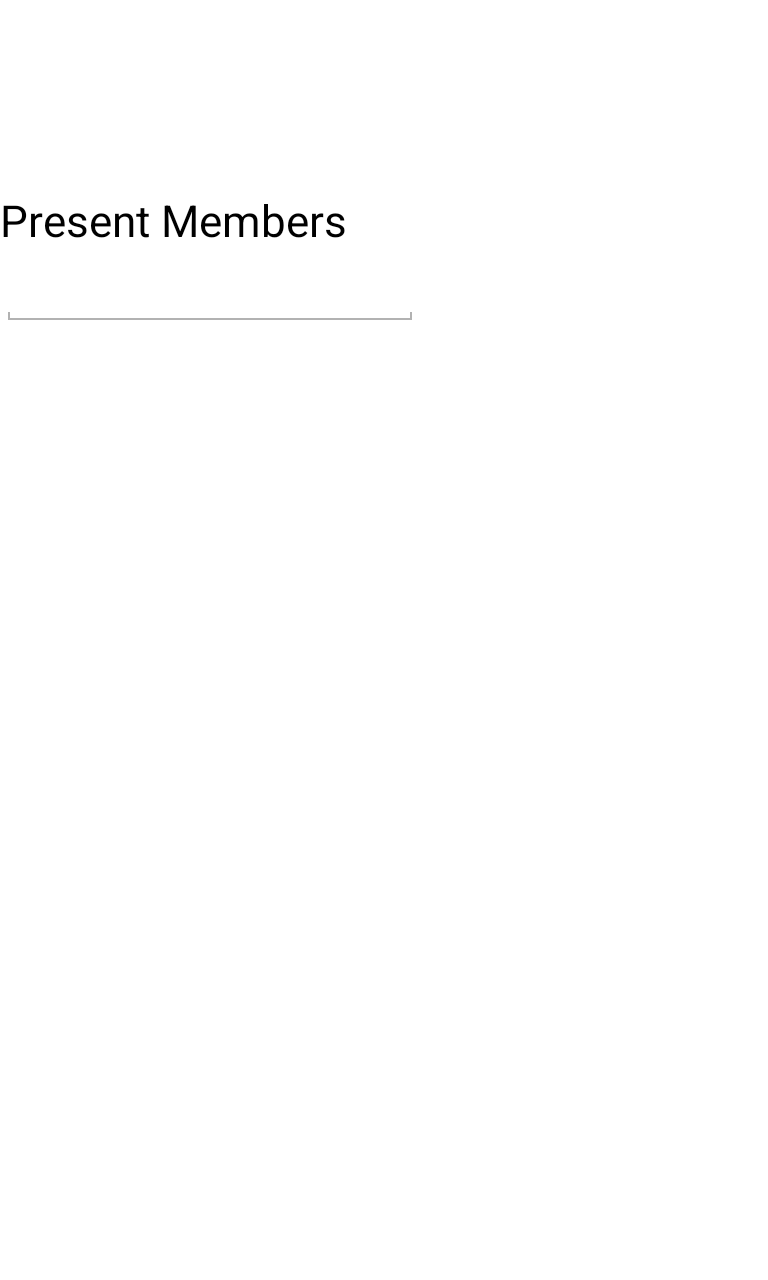
Repository: MarcoRieger/sw14_free_04_new
Layout: RWDMember/res/layout/fragment_statistic.xml
These files come from the project's save history. The layout is drawn as it stood at one moment and after the next save; the edit follows.
It is drawn on a 768 x 1280 px phone screen (xhdpi) without system bars, with theme AppTheme; the app's code is not run.

Above is the layout before, as saved 2014-06-17 13:42:08.

### RWDMember/res/layout/fragment_statistic.xml
<?xml version="1.0" encoding="utf-8"?>
<LinearLayout xmlns:android="http://schemas.android.com/apk/res/android"
    android:layout_width="match_parent"
    android:layout_height="match_parent"
    android:orientation="vertical" >

    <TextView
        android:id="@+id/textView1"
        android:layout_width="wrap_content"
        android:layout_height="wrap_content"
        android:layout_marginTop="95dp"
        android:gravity="center"
        android:text="Present Members"
        android:textAppearance="?android:attr/textAppearanceLarge" />

    <EditText
        android:id="@+id/presentMembers"
        android:layout_width="wrap_content"
        android:layout_height="wrap_content"
        android:layout_marginBottom="17dp"
        android:clickable="false"
        android:cursorVisible="false"

        android:ems="10"
        android:focusable="false"
        android:focusableInTouchMode="false"
        android:inputType="number" >

        <requestFocus />
    </EditText>

    <TextView
        android:id="@+id/textViewOutput"
        android:layout_width="wrap_content"
        android:layout_height="wrap_content"
        android:text=" "
        android:textAppearance="?android:attr/textAppearanceLarge" />

</LinearLayout>

Loaded but not shown: RWDMember/res/values/styles.xml (common file); RWDMember/res/values-v11/styles.xml (common file); RWDMember/res/values-v14/styles.xml (common file)

After the next save:
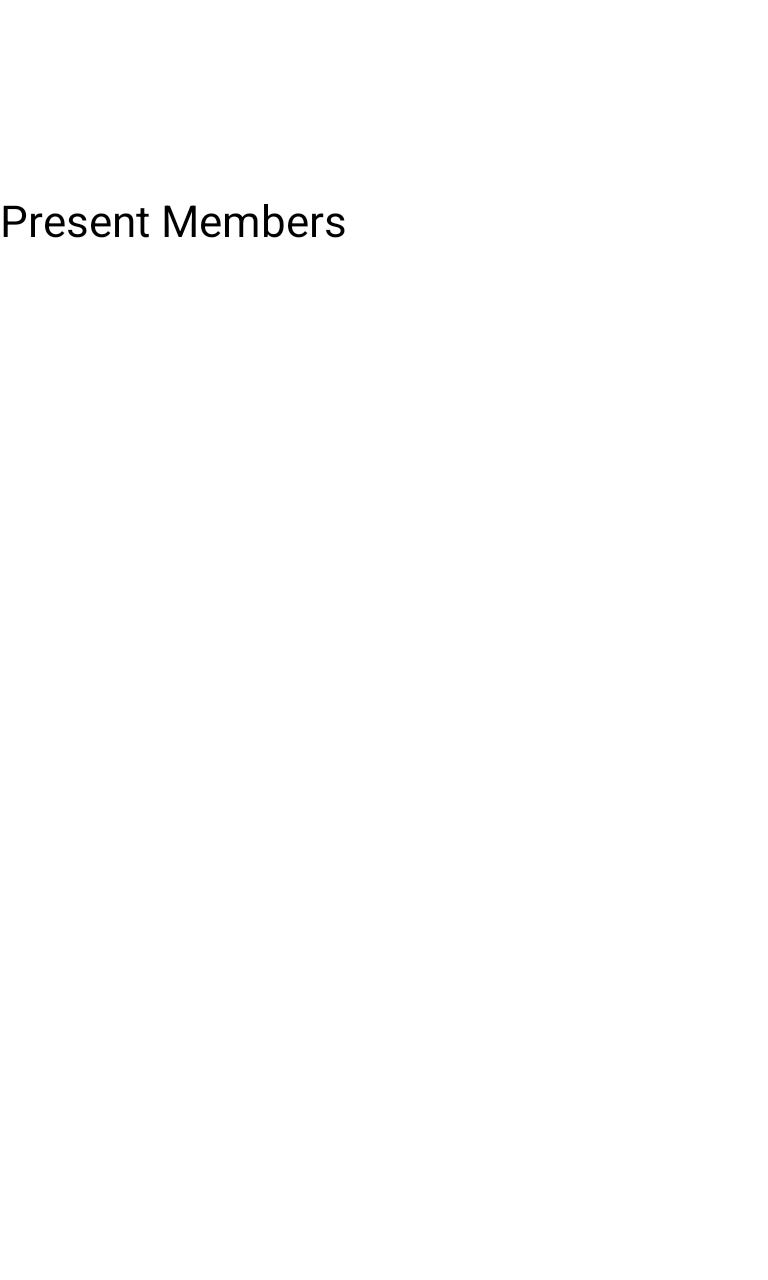
Saved 65 s later.
--- a/RWDMember/res/layout/fragment_statistic.xml
+++ b/RWDMember/res/layout/fragment_statistic.xml
@@ -5,29 +5,13 @@
     android:orientation="vertical" >
 
     <TextView
-        android:id="@+id/textView1"
+        android:id="@+id/textViewLine"
         android:layout_width="wrap_content"
         android:layout_height="wrap_content"
         android:layout_marginTop="95dp"
         android:gravity="center"
         android:text="Present Members"
         android:textAppearance="?android:attr/textAppearanceLarge" />
-
-    <EditText
-        android:id="@+id/presentMembers"
-        android:layout_width="wrap_content"
-        android:layout_height="wrap_content"
-        android:layout_marginBottom="17dp"
-        android:clickable="false"
-        android:cursorVisible="false"
-
-        android:ems="10"
-        android:focusable="false"
-        android:focusableInTouchMode="false"
-        android:inputType="number" >
-
-        <requestFocus />
-    </EditText>
 
     <TextView
         android:id="@+id/textViewOutput"
